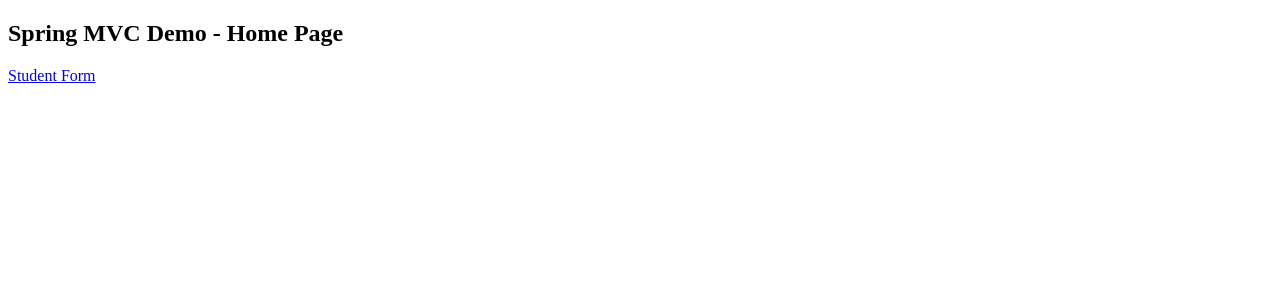
Repository: vatrapusandhya/spring-sample-code
Page: http://localhost/spring-mvc-demo/
These files come from the project's save history. The page is drawn as it stood at one moment and after a run of saves; the edit follows.
The browser window is 1280 px wide. The pictures show the whole page.
The page is served by Tomcat 9. Other server files are loaded and not shown.

Above is the page before, as saved 2022-04-11 21:36:20.

### spring-mvc-demo/WebContent/WEB-INF/view/main-menu.jsp
<!DOCTYPE HTML>
<html>
<body>

<h2>Spring MVC Demo - Home Page</h2>

<a href="student/showForm">Student Form</a>

</body>

</html>

After the next 2 saves:
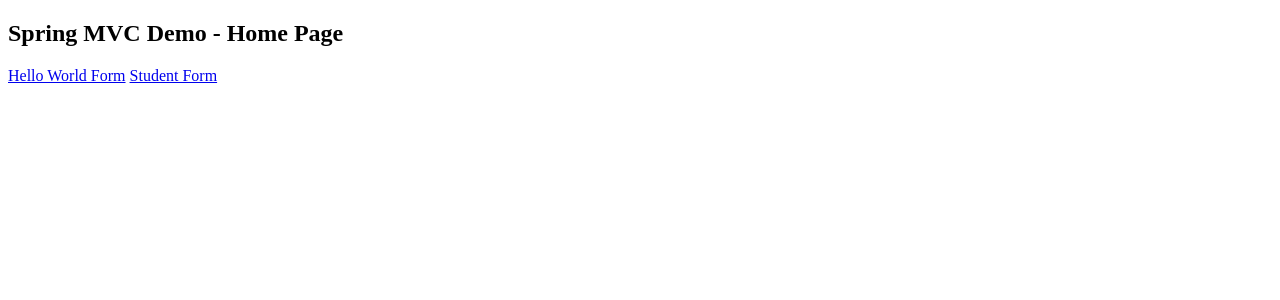
The 2 saves are shown as one change because they came seconds apart.
The last was saved 110 s later.
--- a/spring-mvc-demo/WebContent/WEB-INF/view/main-menu.jsp
+++ b/spring-mvc-demo/WebContent/WEB-INF/view/main-menu.jsp
@@ -4,6 +4,8 @@
 
 <h2>Spring MVC Demo - Home Page</h2>
 
+<a href="showForm">Hello World Form</a>
+
 <a href="student/showForm">Student Form</a>
 
 </body>
